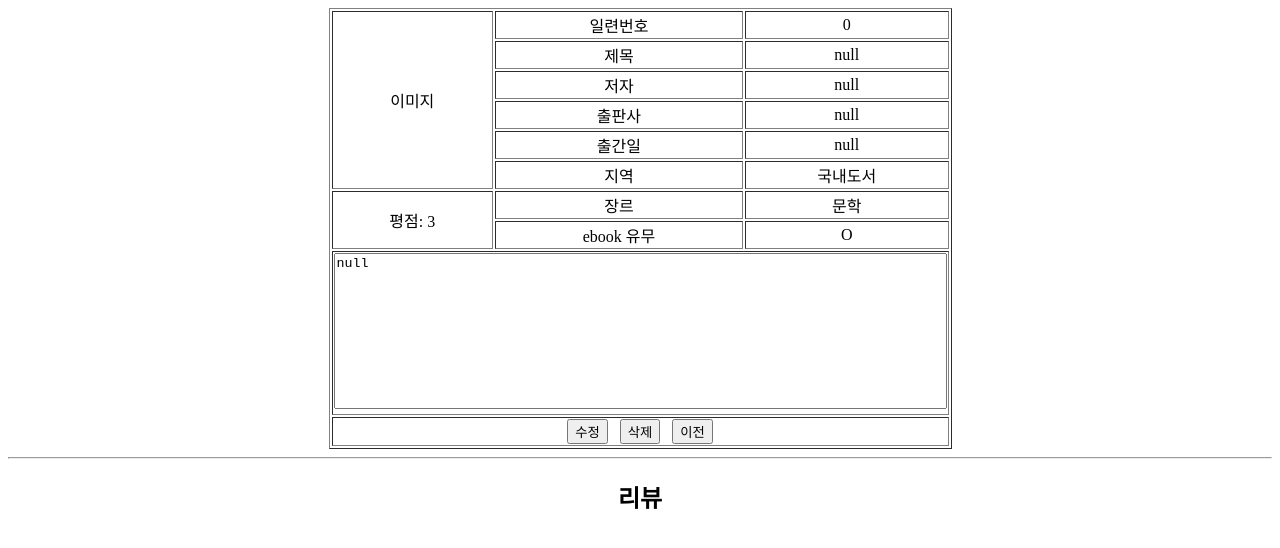
Repository: Served01/Project2_2209
Page: http://localhost/bookReviewProgram/rvAllReviewPro.jsp
The author's editor kept a copy of each file at every save. The page is drawn from the files as they stood at one save, then again after the next save.
The browser window is 1280 px wide. The pictures show the whole page.
The page is served by Tomcat 9. Queries for data that is not in the repository find no rows.

Above is the page before, as saved 2022-09-26 09:16:34.

After the next save:
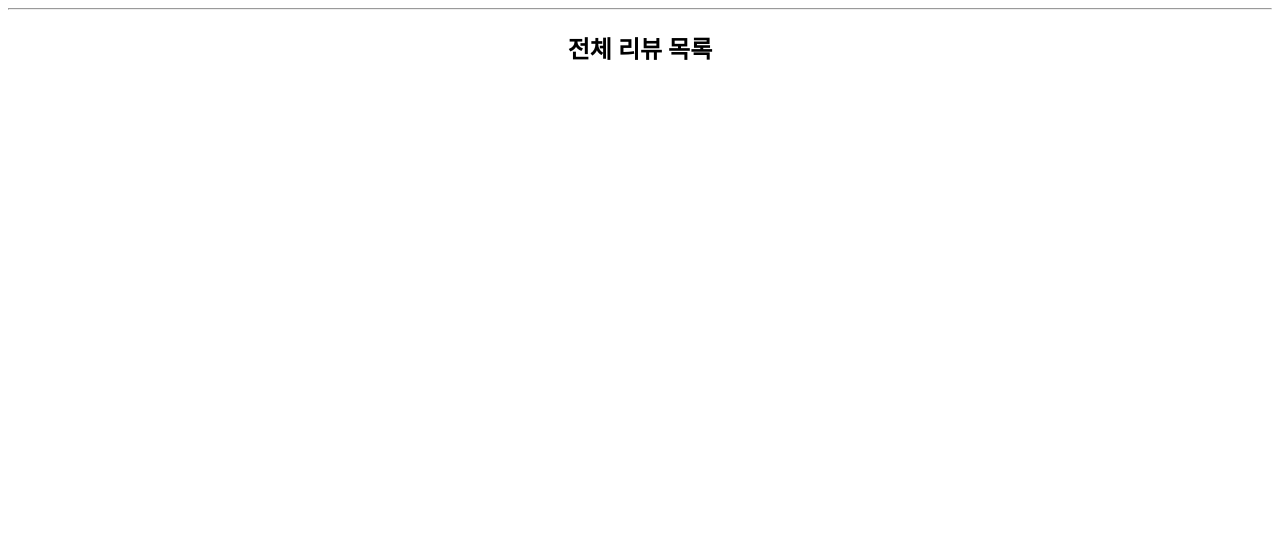
Saved 15 h 3 min later.
--- a/bookReviewProgram/src/main/webapp/rvAllReviewPro.jsp
+++ b/bookReviewProgram/src/main/webapp/rvAllReviewPro.jsp
@@ -24,128 +24,19 @@ margin: auto;
 
 <body>
 
-<!-- bean이 없는 상태에서 가져올 때는 아래와 같이 이용 -->
-<%
-	int bk_number = 20220003; //Integer.parseInt(request.getParameter("bk_number"));
-
-	bkDAO bdao = new bkDAO();
-	bkBean bBean = bdao.selectBook(bk_number);
-
-%>
-
-<!-- 책 상세 정보 표시 -->
-<table border="1">
-	<tr align = "center">
-		<td rowspan="6">이미지</td>
-		<td>일련번호</td>
-		<td><%=bBean.getBk_number()%></td>
-	</tr>
-	<tr align = "center">
-		<!-- <td> rowspan=6 -->
-		<td>제목</td>
-		<td><%=bBean.getBk_title()%></td>
-	</tr>
-	<tr align = "center">
-		<!-- <td> rowspan=6 -->
-		<td>저자</td>
-		<td><%=bBean.getBk_writer()%></td>
-	</tr>
-	<tr align = "center">
-		<!-- <td> rowspan=6 -->
-		<td>출판사</td>
-		<td><%=bBean.getBk_publisher()%></td>
-	</tr>
-	<tr align = "center">
-		<!-- <td> rowspan=6 -->
-		<td>출간일</td>
-		<td><%=bBean.getBk_pubdate()%></td>
-	</tr>
-	<tr align = "center">
-		<!-- <td> rowspan=6 -->
-		<td>지역</td>
-		<td>
-		<%
-		if(bBean.getBk_local()==0){ %>
-		국내도서
-		<%}
-		else if(bBean.getBk_local()==1){ %>
-		해외도서
-		<%};
-
-		%>
-		</td>
-	</tr>
-	<tr align="center">
-		<td rowspan="2">평점:&nbsp;3</td>
-		<td>장르</td>
-		<td>
-		<%if(bBean.getBk_genre()==0){%>
-			문학
-		<%}
-
-		else if(bBean.getBk_genre()==1){%>
-			역사
-		<%}
-		else if(bBean.getBk_genre()==2){%>
-			소설
-		<%}
-		else if(bBean.getBk_genre()==3){%>
-			만화
-		<%}
-		else if(bBean.getBk_genre()==4){%>
-			기타
-		<%}
-		%>
-		</td>
-	</tr>
-	<tr align="center">
-		<!-- <td> rowspan=2 -->
-		<td>ebook 유무</td>
-		<td>
-		<%if(bBean.getBk_ebook()==0){ %>
-			O
-		<%}
-		else if(bBean.getBk_ebook()==1){%>
-			X
-		<%} %>
-		</td>
-	</tr>
-	<!-- 작성일 sysdate 처리 -->
-	<tr align="center">
-		<td colspan="3">
-			<textarea rows="10" cols="74" name="bk_detail" style ="resize:none"><%=bBean.getBk_detail()%></textarea>
-		</td>
-	</tr>
-	<tr align="center">
-		<td colspan="3">
-			<button type="button" onclick="location.href='bkUpdateform.jsp?bk_number=<%=bk_number%>'">수정</button>&nbsp;&nbsp;
-			<button type="button" onclick="javascript:deleteConfirm(<%=bk_number%>)">삭제</button>&nbsp;&nbsp;
-			<script>
-				function deleteConfirm(){
-					var bk_number = '<%=bk_number%>'
-					var isDelete = confirm("정말로 삭제하시겠습니까?");
-					if(isDelete){
-						location.href = "bkDeletePro.jsp?bk_number="+bk_number;
-					}
-				}
-			</script>
-			<button type="button" onclick="javascript:history.go(-1)">이전</button>
-	</tr>
-</table>
-
 <!-- 책 리뷰 목록 표시 -->
 <hr>
-<h2 align="center">리뷰</h2>
+<h2 align="center">전체 리뷰 목록</h2>
 
 <%
-	int rv_bknumber = bk_number;
 
 	rvDAO rdao = new rvDAO();
-	Vector<rvBean> rvVec = rdao.allbookselectReview(rv_bknumber);
+	Vector<rvBean> rvVec = rdao.allselectReview();
 
 	for(int i=0; i < rvVec.size(); i++){
 
 		rvBean rbean = rvVec.get(i);
+
 %>
 <table border="1">
 	<tr>
@@ -161,6 +52,7 @@ margin: auto;
 		<td colspan="3">
 		<%=rbean.getRv_content()%>
 		</td>
+	</tr>
 </table>
 <%} %>
 
